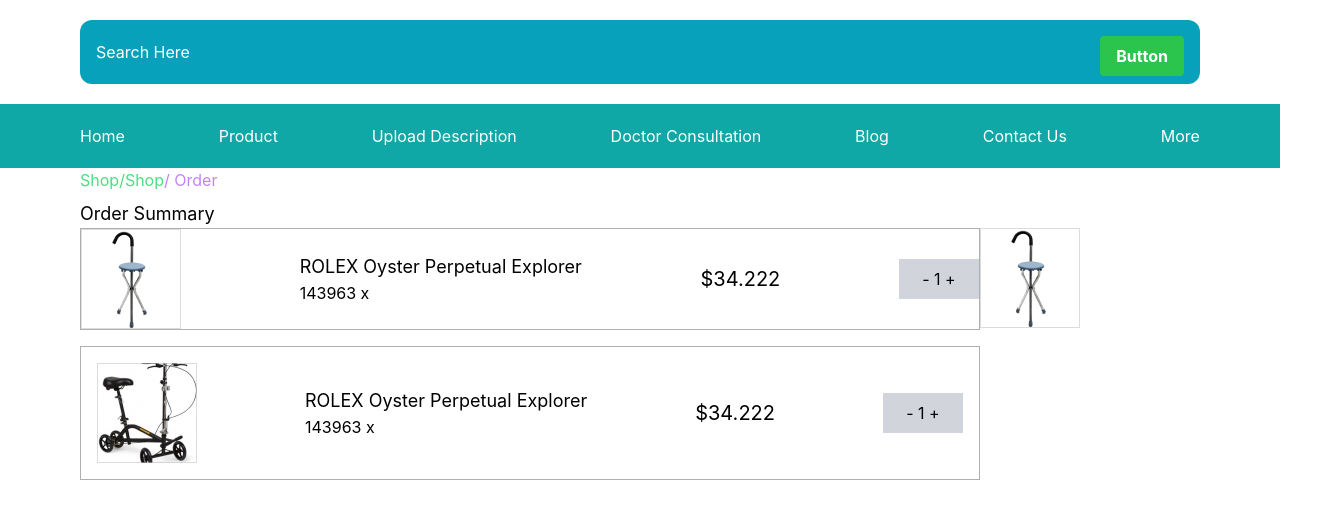
Repository: arafatmollah/pharma
Page: /
An editor plug-in stored every save of this project. The page is shown before and after a run of saves, followed by the edit.
The browser window is 1280 px wide. The page is 1280 px wide, then 1330 px, so the pictures cover 1330 px, including what lies to the right of the window. The pictures show the whole page.
The project was rebuilt for these pictures with package versions that can differ from the ones it lists, and the page was loaded fresh each time.

Above is the page before, as saved 2023-03-12 21:48:49.

### src/App.js

import './App.css';
import Nav from './Nav';
import Order from './Order';

function App() {
  return (
    <div className="App">
      <Nav></Nav>
      <Order></Order>
    </div>
  );
}

export default App;

### src/App.css
.box-border{
    background-color: #08A1BC;
}
.btn {
    @apply font-bold py-2 px-4 rounded;
    background-color: #2BC44C;
    color: white;
  }
  .btn-blue {
    @apply bg-blue-500 text-white;
  }
  .btn-blue:hover {
    @apply bg-blue-700;
  }
.nav{
    background-color: #0FA8A6;
}
.order{
    border: 1px solid rgb(175, 175, 175);
    border: 100%;
}
.list{
  display: grid;
  grid-template-columns: 900px 300px;
}

### src/Nav.js
import React from 'react'
import './App.css';

function Nav() {
  return (
    <div>
        <div className='box-border h-16 w-100 p-4 mx-20 my-5 rounded-xl'>
          <div className='flex justify-between align-middle'>
                <p className='text-white mt-1'>Search Here</p>
                <button class="btn mb-1"> Button</button>
          </div>
        </div>
        <div className='box-border h-16 w-100 nav'>
            <div className='flex mx-20 items-center justify-between text-white'>
            <div className='mt-5'>Home</div>
            <div className='mt-5'> Product</div>
            <div className='mt-5'>Upload Description</div>
            <div className='mt-5'>Doctor Consultation</div>
            <div className='mt-5'>Blog</div>
            <div className='mt-5'>Contact Us</div>
            <div className='mt-5'>More</div>
            </div>
        </div>
    </div>
  )
}

export default Nav

### src/Order.js
import React from 'react'
import img from './images/img.png'
import im from './images/im.png'

function order() {
  return (
    <div>
        <div className='flex mx-20'>
            <p className='text-green-400'>Shop</p>
            <p className='text-green-400'>/Shop</p>
            <p className='text-purple-400'>/ Order</p>
        </div>
        <div className='mt-2 mx-20'>
          <h3 className='text-lg'>Order Summary</h3>
        </div>
        <div className='mx-20 list'>
          <div>
          <div className='flex border-box w-100 order justify-center items-center justify-between'>
            <div>
              <img src={img}></img>
            </div>
            <div>
              <h1 className='text-lg'>ROLEX Oyster Perpetual Explorer</h1>
              <p>143963 x</p>
            </div>
            <div>
              <h3 className='text-xl'>$34.222</h3>
            </div>
            <div className='bg-gray-300 h-10 w-20 flex justify-center items-center'>
                - 1 +
              </div>
          </div>
          <div className='flex border-box p-4 order mt-4 justify-between justify-center items-center'>
            <div>
              <img src={im}></img>
            </div>
            <div>
              <h1 className='text-lg'>ROLEX Oyster Perpetual Explorer</h1>
              <p>143963 x</p>
            </div>
            <div>
              <h3 className='text-xl'>$34.222</h3>
            </div>
            <div>
              <div className='bg-gray-300 h-10 w-20 flex justify-center items-center'>
                - 1 +
              </div>
            </div>
          </div>
          </div>
          <div>
          <div>
            <img src={img}></img>
          </div>
        </div>
        </div>

    </div>
  )
}

export default order

Loaded but not shown: public/index.html (common file); src/index.js (common file); src/index.css (common file); src/reportWebVitals.js (common file); tailwind.config.js (common file)

After the next 4 saves:
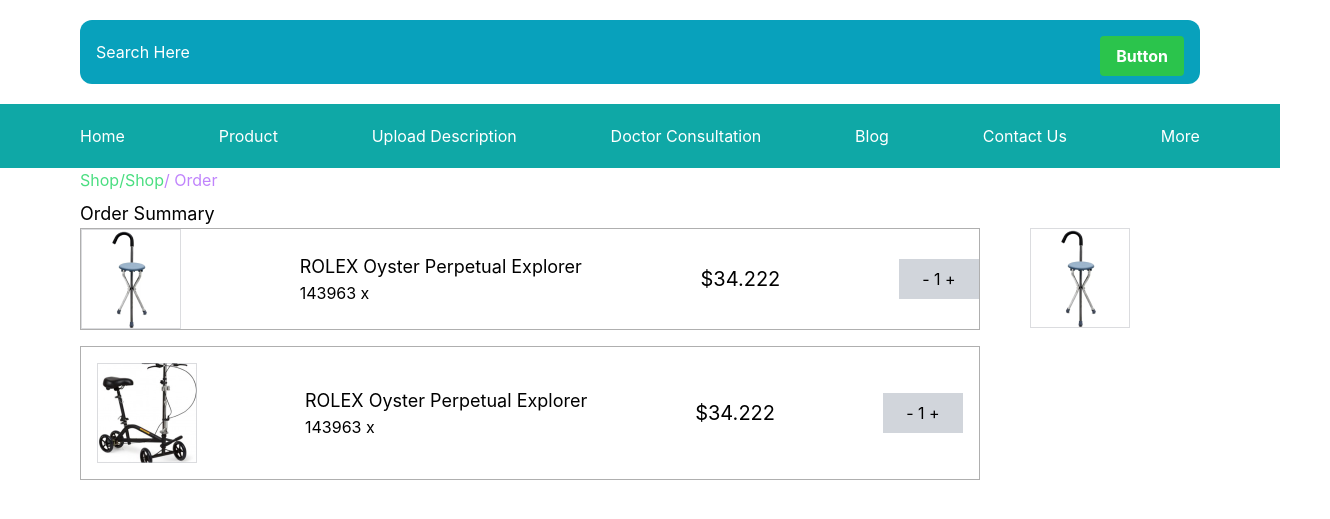
The 4 saves are shown as one change because they came seconds apart.
The last was saved 24 s later.
--- a/src/App.css
+++ b/src/App.css
@@ -22,4 +22,5 @@
 .list{
   display: grid;
   grid-template-columns: 900px 300px;
+  grid-gap: 50px;
 }
